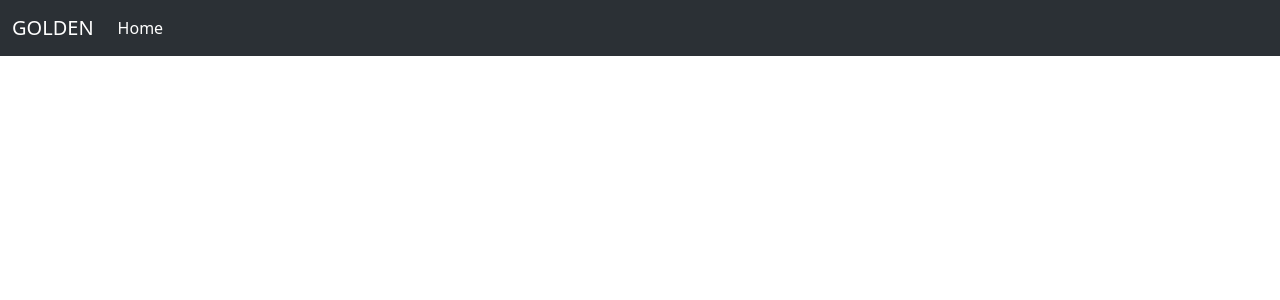
Repository: owuraku/DBC28.1
Page: http://localhost/employees
These files come from the project's save history. The page is drawn as it stood at one moment and after the next save; the edit follows.
The browser window is 1280 px wide. The pictures show the whole page.
The page is served by the project's Laravel application, run on PHP 8.4 with Laravel 10.

Above is the page before, as saved 2023-05-22 10:06:12.

After the next save:
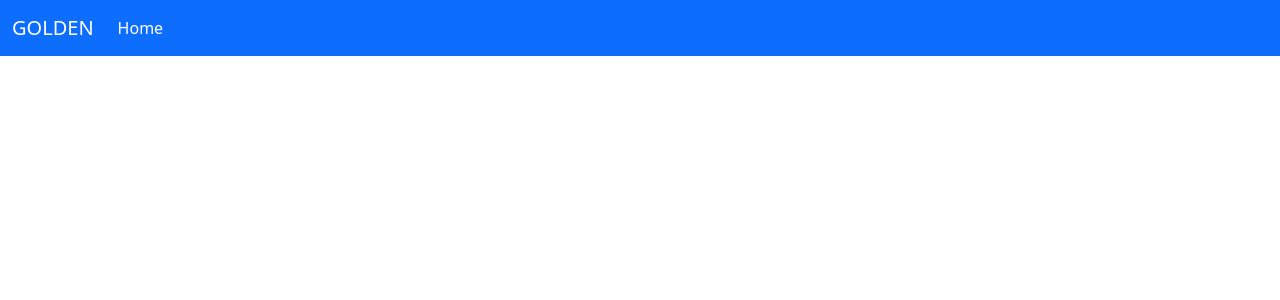
Saved 37 s later.
--- a/resources/views/layout/navbar.blade.php
+++ b/resources/views/layout/navbar.blade.php
@@ -1,4 +1,4 @@
-<nav class="navbar navbar-expand-lg bg-body-tertiary bg-primary" data-bs-theme="dark">
+<nav class="navbar navbar-expand-lg bg-primary" data-bs-theme="dark">
     <div class="container-fluid">
         <a class="navbar-brand" href="#">GOLDEN</a>
         <button class="navbar-toggler" type="button" data-bs-toggle="collapse" data-bs-target="#navbarSupportedContent"
